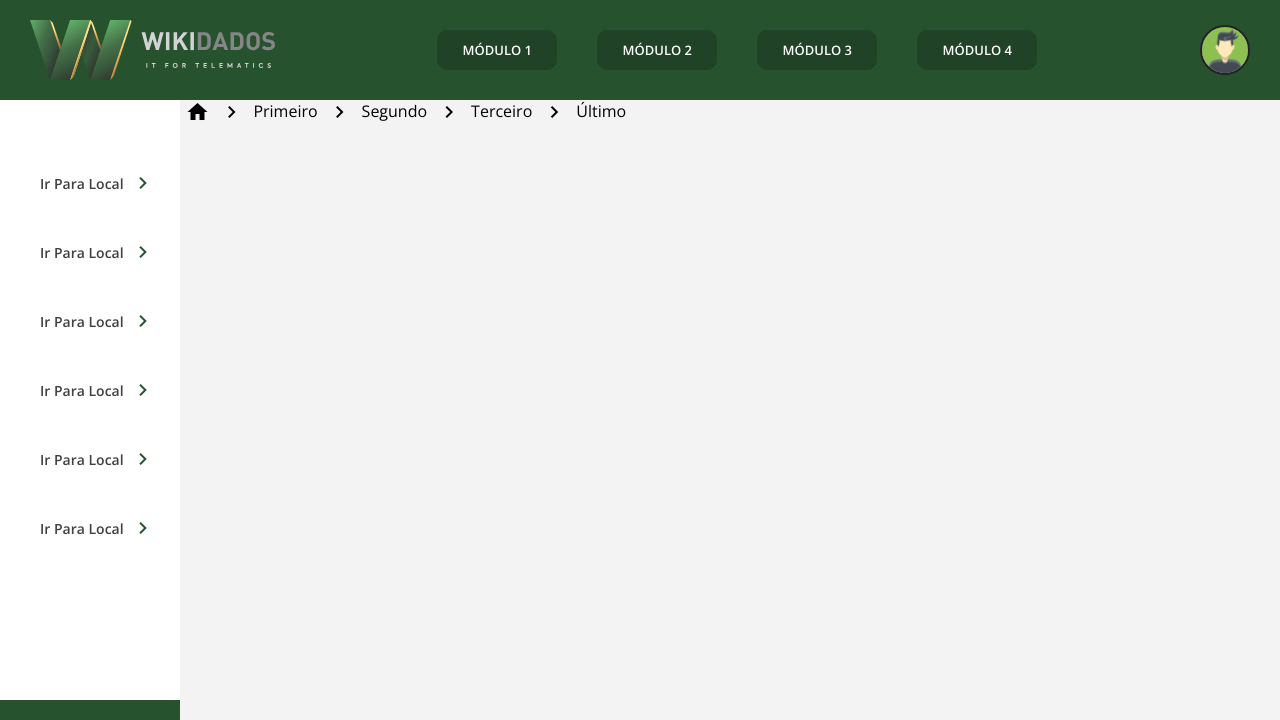
Repository: AlexDjon/alexdjon.github.io
Page: wiki-relayout/index.html
The author's editor kept a copy of each file at every save. The page is drawn from the files as they stood at one save, then again after the next save.
The browser window is 1280 px wide. The pictures show the whole page.

Above is the page before, as saved 2020-08-12 15:46:31.

### wiki-relayout/index.html
<!DOCTYPE html>
<html lang="pt-br">

<head>
  <meta charset="UTF-8">
  <meta name="viewport" content="width=device-width, initial-scale=1.0">
  <title>Wiki - Relayout</title>

  <link rel="shotcut icon" href="https://wikidados.com.br/assets/wiki/img/logos/favicon.ico">
  <link href="https://fonts.googleapis.com/icon?family=Material+Icons" rel="stylesheet">
  <link href="https://fonts.googleapis.com/css2?family=Open+Sans:wght@400;600;700&display=swap" rel="stylesheet">
  <link rel="stylesheet" href="css/styles.css">
</head>

<body>
  <header class="cabecalho">
    <img src="img/logo.svg" alt="Logo Wiki" class="logo">

    <div class="modulos">
      <button>Módulo 1</button>
      <button>Módulo 2</button>
      <button>Módulo 3</button>
      <button>Módulo 4</button>
    </div>

    <button class="user">
    </button>
  </header>

  <aside class="areas">
    <ul>
      <li><i class="material-icons">donut_large</i> Editar perfil</li>
      <li><i class="material-icons">grade</i> Favoritos</li>
      <li><i class="material-icons">history</i> Histórico</li>
      <li><i class="material-icons">power_settings_new</i> Sair</li>
    </ul>
  </aside>

  <main class="conteudo">
    <nav class="navbar">
      <ul class="menu">
        <li>Ir para local <i class="material-icons">chevron_right</i></li>
        <li>Ir para local <i class="material-icons">chevron_right</i></li>
        <li>Ir para local <i class="material-icons">chevron_right</i></li>
        <li>Ir para local <i class="material-icons">chevron_right</i></li>
        <li>Ir para local <i class="material-icons">chevron_right</i></li>
        <li>Ir para local <i class="material-icons">chevron_right</i></li>
      </ul>
    </nav>

    <div class="meio">
      <div class="barra">
        <ul class="caminho">
          <li>
            <i class="material-icons">home</i>
          </li>
          <li>
            <i class="material-icons">chevron_right</i>
          </li>
          <li>
            Primeiro
          </li>
          <li>
            <i class="material-icons">chevron_right</i>
          </li>
          <li>
            Segundo
          </li>
          <li>
            <i class="material-icons">chevron_right</i>
          </li>
          <li>
            Terceiro
          </li>
          <li>
            <i class="material-icons">chevron_right</i>
          </li>
          <li>
            Último
          </li>
        </ul>
      </div>

    </div>

  </main>

  <script src="js/scripts.js"></script>
</body>

</html>

### wiki-relayout/css/styles.css
* {
  padding: 0;
  margin: 0;
  font-weight: 100%;
  font-family: 'Open Sans', sans-serif;
  border: 0;
  outline: 0;
  box-sizing: border-box;
}

body {
  background: #f3f3f3;
}

:root {
  --verdeW: #26522e;
  --verdeW2: #204226;
  --verdeW-semi: #b7d3bd;
  --verde: #32a852;
  --black: #232323;
  --black2: #414141;
  --white: #ffffff;
  --grey: #3b3b3b;
  --shadow: -4px 4px 8px 0px rgba(10, 10, 10, 0.27);
}

/* CABECALHO */
.cabecalho {
  width: 100%;
  height: 100px;
  background: var(--verdeW);
  padding: 10px 30px;
  display: flex;
  justify-content: space-between;
  align-items: center;
}

.cabecalho .logo {
  height: 60px;
}

.cabecalho .modulos {
  display: flex;
}
.cabecalho .modulos button {
  margin: 0 20px;
  width: 120px;
  height: 40px;
  border-radius: 10px;
  background-color: var(--verdeW2);
  color: var(--white);
  font-size: 13px;
  text-transform: uppercase;
  font-weight: 600;
  cursor: pointer;
  transition: filter 0.3s;
}
.cabecalho .modulos button:hover {
  filter: brightness(90%);
}
.cabecalho .user {
  height: 50px;
  width: 50px;
  border-radius: 50%;
  border: solid 2px var(--black);

  background-image: url(../img/avatar1.png);
  background-size: cover;
  background-position: center center;

  cursor: pointer;
}

/* AREAS */
.areas {
  display: none;
  min-width: 150px;
  position: absolute;
  top: 100px;
  right: 0;
  background-color: var(--white);
  box-shadow: var(--shadow);
}
.areas.ativo {
  display: block;
}
.areas ul {
  list-style: none;
  padding: 15px 20px;
}
.areas ul li {
  margin: 12px 0;
  font-size: 14px;
  color: var(--black2);

  display: flex;
  justify-content: flex-start;
  align-items: center;
  transition: color 0.3s;
  cursor: pointer;
}
.areas ul li:hover {
  color: var(--black);
}
.areas ul li i {
  margin-right: 8px;
  font-size: 17px;
  color: var(--verdeW);
}


/* NAVBAR */
.navbar {
  width: 210px;
  height: calc(100vh - 100px);
  background: var(--white);
  border-bottom: solid 20px var(--verdeW);
}
.navbar .menu {
  padding: 50px 0 50px 30px;
  display: flex;
  flex-direction: column;
  justify-content: flex-start;
  align-items: flex-start;
  list-style: none;
}
.navbar .menu li {
  margin: 14px 0;
  text-transform: capitalize;
  font-weight: 600;
  color: var(--black2);
  font-size: 14px;
  padding: 7px 3px 10px 10px;
  /* border-bottom: solid 1px var(--white);
  border-radius: 0 0 5px 0; */

  display: flex;
  justify-content: space-between;
  align-items: center;

  cursor: pointer;
}
.navbar .menu li i {
  margin-left: 7px;
  color: var(--black2);
}
.navbar .menu li i {
  color: var(--verdeW);
}


/* CONTEUDO */
.conteudo {
  width: 100%;
  height: calc(100vh - 100px);

  display: flex;
}

.meio {
  width: 100%;
  display: flex;
  flex-direction: column;
}

/* .meio .barra {
  width: 100%;
  margin-bottom: 10px;
  height: 35px;
  background-color: var(--verdeW-semi);

  display: flex;
  align-items: center;
}
.meio .barra div#separator span i {
  margin: 0 5px;
  color: var(--verdeW);
} */
.meio .barra .caminho {
  display: flex;
  list-style: none;
}
.meio .barra .caminho li {
  margin: 0 5px;
}

### wiki-relayout/js/scripts.js
function getItem(info) {
  return document.querySelector(info)
}

getItem('.user').addEventListener('click', () => {
  getItem('.areas').classList.toggle('ativo')
})

After the next save:
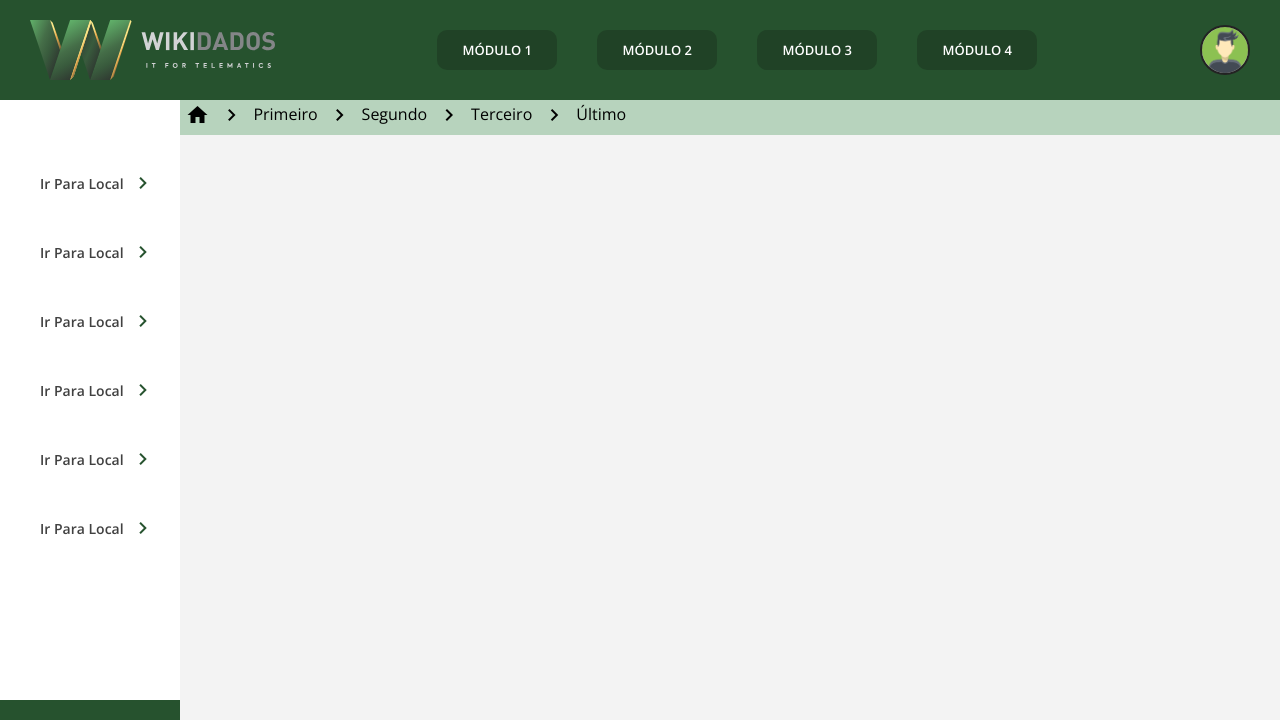
Saved 19 s later.
--- a/wiki-relayout/css/styles.css
+++ b/wiki-relayout/css/styles.css
@@ -163,7 +163,7 @@ body {
   flex-direction: column;
 }
 
-/* .meio .barra {
+.meio .barra {
   width: 100%;
   margin-bottom: 10px;
   height: 35px;
@@ -172,6 +172,7 @@ body {
   display: flex;
   align-items: center;
 }
+/*
 .meio .barra div#separator span i {
   margin: 0 5px;
   color: var(--verdeW);
